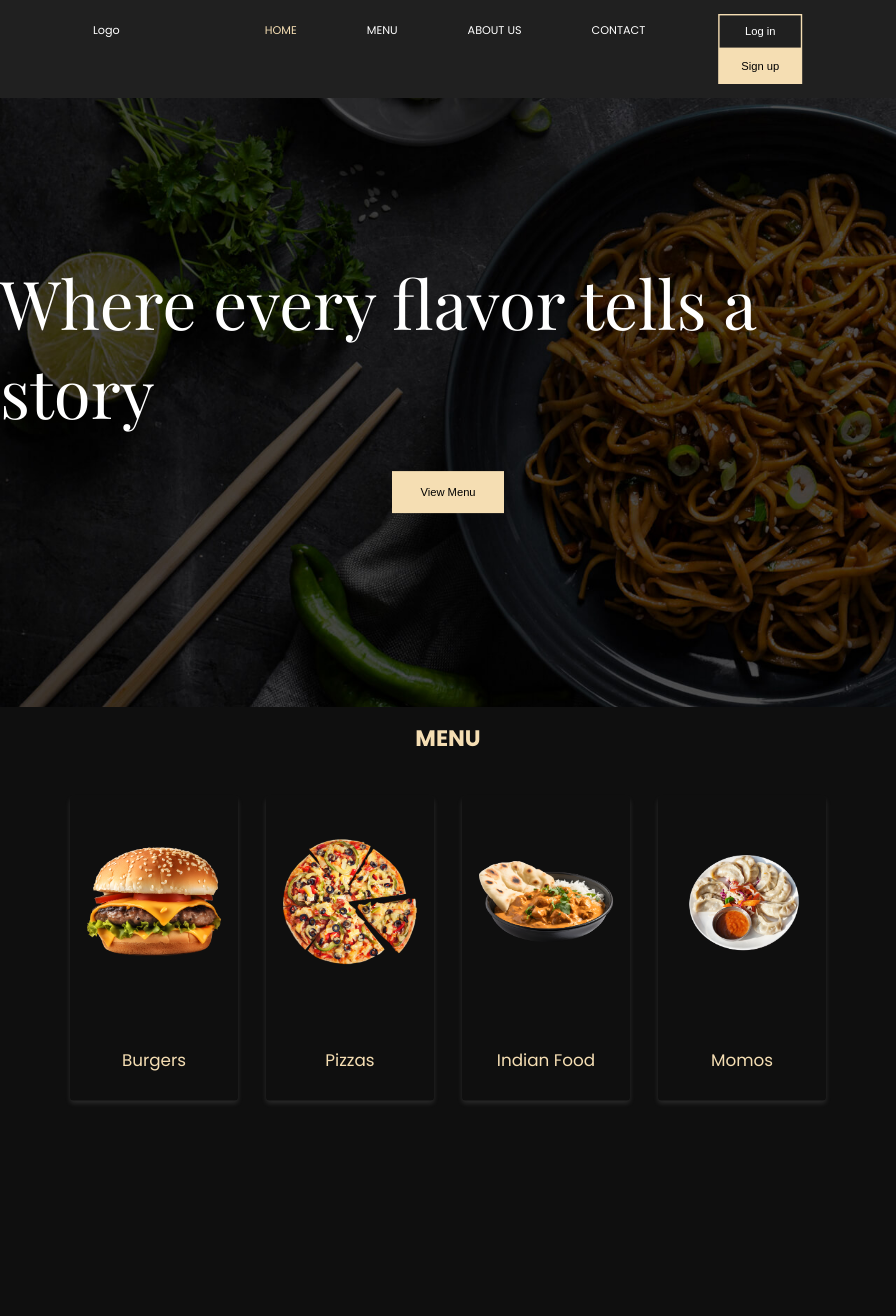
Repository: ThisIsSahaj/NSP
Page: index.html
An editor plug-in stored every save of this project. The page is shown before and after the next save, followed by the edit.
The browser window is 1280 px wide. The pictures show the whole page, at 70% of full size.

Above is the page before, as saved 2023-12-26 22:43:58.

After the next save:
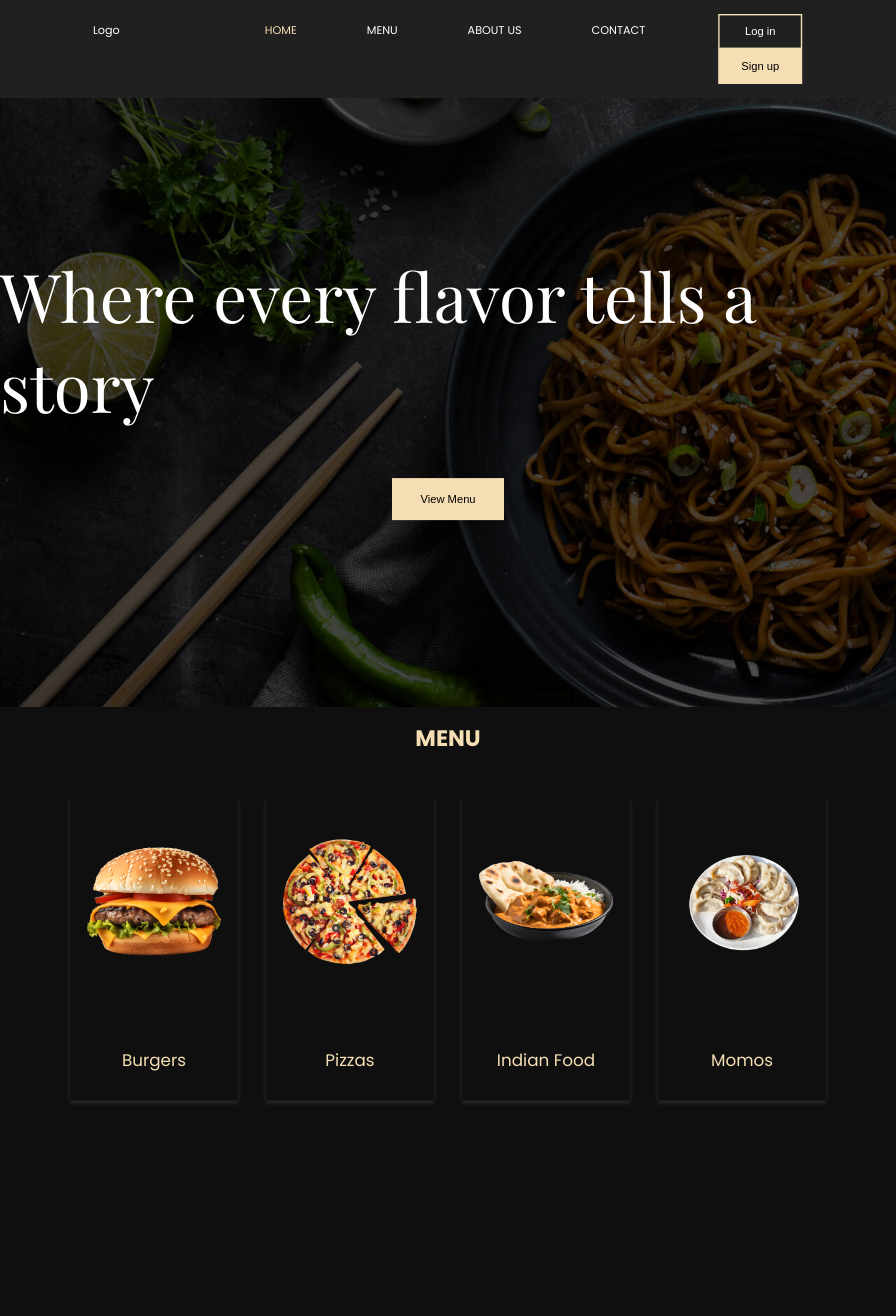
Saved 4 s later.
--- a/index.html
+++ b/index.html
@@ -31,7 +31,7 @@
 
 <div class="sec1">
     Where every flavor tells a story
-    <a href="menu"></a><button class="viewMenu">View Menu</button>
+    <a href="menu"><button class="viewMenu">View Menu</button></a>
 </div>
 
 

After the 3 saves that followed:
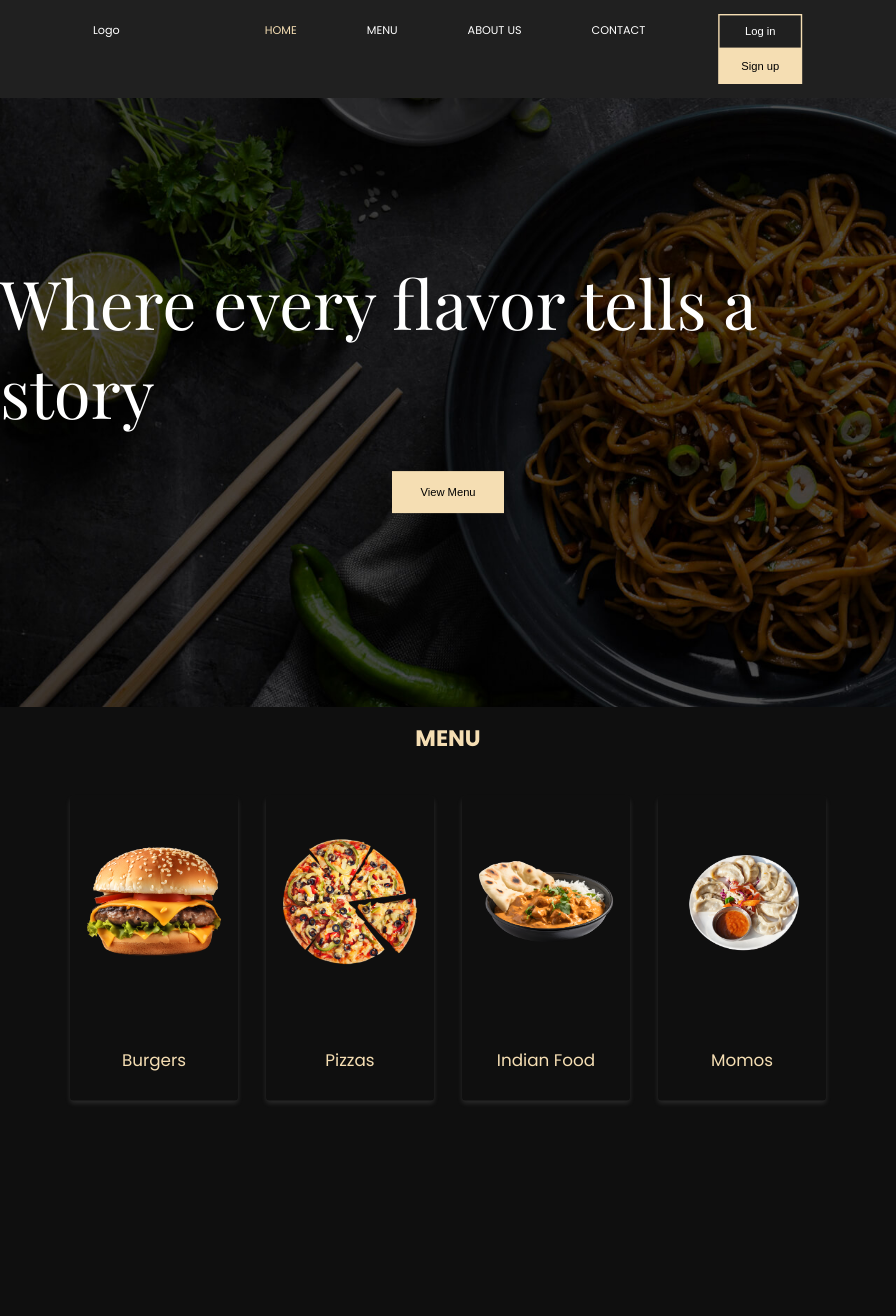
The 3 saves are shown as one change because 1 left the picture as it was and some came seconds apart.
The last was saved 24 s later.
--- a/index.html
+++ b/index.html
@@ -31,7 +31,7 @@
 
 <div class="sec1">
     Where every flavor tells a story
-    <a href="menu"><button class="viewMenu">View Menu</button></a>
+    <button class="viewMenu">View Menu</button>
 </div>
 
 
